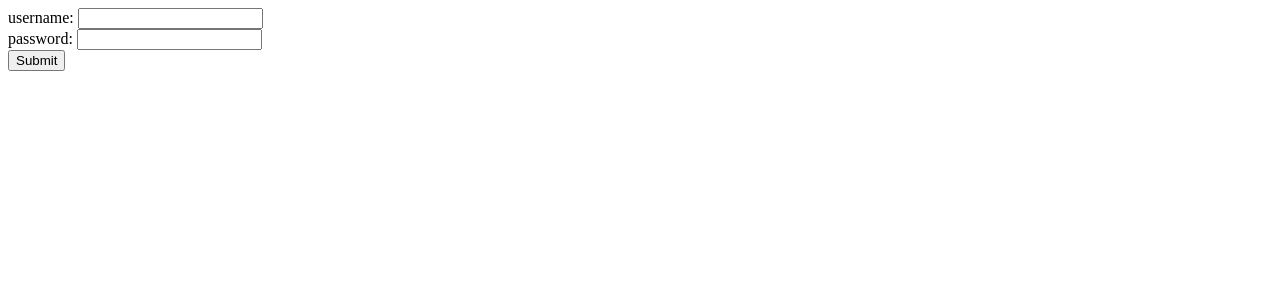
Repository: RayDuanChn/JavaLearning
Page: Login/WebContent/WEB-INF/login.html
These files come from the project's save history. The page is drawn as it stood at one moment and after the next save; the edit follows.
The browser window is 1280 px wide. The pictures show the whole page.

Above is the page before, as saved 2018-04-09 18:22:10.

### Login/WebContent/WEB-INF/login.html
<!DOCTYPE html>
<html>
<head>
<meta charset="UTF-8">
<title>Insert title here</title>
</head>
<body>

	<form  method="post">
		username: <input type="text" name="user"/></br>
		password: <input type="password" name="password"/><br>
		<input type="submit" />
	</form>
</body>
</html>

After the next save:
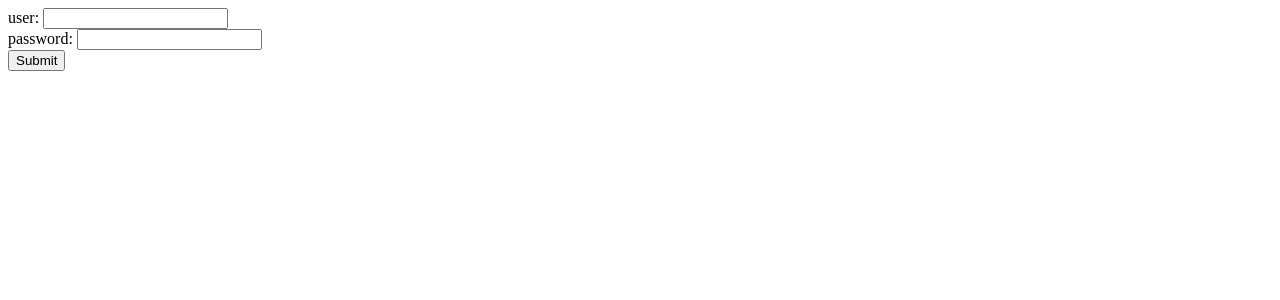
Saved 3 s later.
--- a/Login/WebContent/WEB-INF/login.html
+++ b/Login/WebContent/WEB-INF/login.html
@@ -7,7 +7,7 @@
 <body>
 
 	<form  method="post">
-		username: <input type="text" name="user"/></br>
+		user: <input type="text" name="user"/></br>
 		password: <input type="password" name="password"/><br>
 		<input type="submit" />
 	</form>
